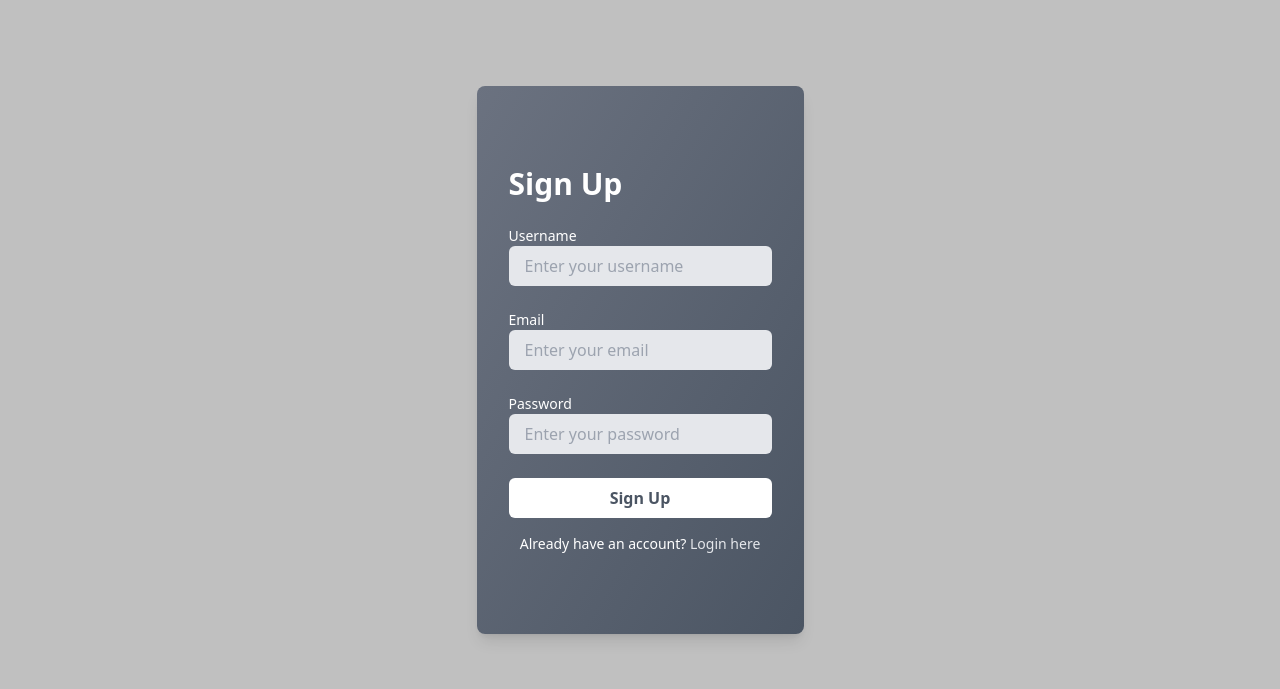
Repository: shaafsalman/product-Management-MERN
Page: /signup (app in frontend/)
These files come from the project's save history. The page is drawn as it stood at one moment and after the next save; the edit follows.
The browser window is 1280 px wide. The pictures show the whole page.
The project was rebuilt for these pictures with package versions that can differ from the ones it lists, and the page was loaded fresh each time. Also part of the build but not shown: frontend/vite.config.js, frontend/src/Cards/messageCard.jsx, frontend/src/Pages/Login.jsx, frontend/src/Pages/NoPage.jsx, frontend/src/Pages/AddProduct.jsx, frontend/src/Pages/UpdateProduct.jsx, frontend/src/Pages/Home.jsx, frontend/src/Pages/offlineAddProduct.jsx and 2 more.

Above is the page before, as saved 2024-05-15 21:44:41.

### frontend/src/App.jsx
import React from 'react';
import { BrowserRouter as Router, Routes, Route, Navigate } from 'react-router-dom';
import Login from "./Pages/Login"
import Signup from "./Pages/SighnUp"
import NoPage from './Pages/NoPage';
import Home from './Pages/Home';
import OfflineHome from './Pages/offlineHome';


const App = () => {
  return (
    <div className="App">
      <Router>
        <div>
          <Routes>
            <Route path="/" element={<Login/>} />
            <Route path="/login" element={<Login />} />
            <Route path="/login" element={<Login />} />
            <Route path="/signup" element={<Signup />} />
            <Route path="/register" element={<Signup />} />
            <Route path="/home" element={<Home />} />
            <Route path="/offline-home" element={<OfflineHome/>} />
            <Route path="/*" element={<NoPage />} />
          </Routes>
        </div>
      </Router>
    </div>
  );
};


export default App;

### frontend/src/index.css
@tailwind base;
@tailwind components;
@tailwind utilities;


*
{
  margin: 0;
  padding: 0;
  box-sizing: border-box;
}

body,html
{
  background-color:silver
}

### frontend/src/Pages/SighnUp.jsx
import React, { useState } from 'react';
import { Link, useNavigate } from 'react-router-dom';
import axios from 'axios';
import MessageCard from './../Cards/messageCard';

const Signup = () => {
  const [username, setUsername] = useState('');
  const [email, setEmail] = useState('');
  const [password, setPassword] = useState('');
  const [error, setError] = useState('');
  const [successMessage, setSuccessMessage] = useState('');
  const [showMessage, setShowMessage] = useState(false);
  const navigate = useNavigate();

  const closeMessage = () => {
    setShowMessage(false);
  };

  const handleRegister = async (e) => {
    e.preventDefault();
    try {
      const response = await axios.post('http://localhost:8080/api/offlineUser/register', {
        username,
        email,
        password,
      });

      if (response.status === 200) {
        setSuccessMessage('Register successful');
        setShowMessage(true);
        navigate('/login');
      } else {
        setError('Register failed. Please check your credentials and try again.');
        setShowMessage(true);
      }
    } catch (error) {
      setError('An unexpected error occurred. Please try again later.');
      setShowMessage(true);
    }
  };

  return (
    <div className="register">
      <div className="flex justify-center items-center h-screen">
        <div className="max-w-lg rounded-lg overflow-hidden shadow-lg bg-gradient-to-br from-gray-500 to-gray-600">
          <div className="lg:px-8 lg:py-20 px-6 py-12">
            <h2 className="text-3xl font-semibold text-white mb-6">Sign Up</h2>
            <form className="space-y-6 " onSubmit={handleRegister}>
              <div>
                <label className="block text-sm text-white">Username</label>
                <input
                  type="text"
                  className="w-full px-4 py-2 rounded-md bg-gray-200 text-gray-800 focus:outline-none focus:bg-white focus:text-gray-900"
                  placeholder="Enter your username"
                  onChange={(e) => setUsername(e.target.value)}
                />
              </div>
              <div>
                <label className="block text-sm text-white">Email</label>
                <input
                  type="email"
                  className="w-full px-4 py-2 rounded-md bg-gray-200 text-gray-800 focus:outline-none focus:bg-white focus:text-gray-900"
                  placeholder="Enter your email"
                  onChange={(e) => setEmail(e.target.value)}
                />
              </div>
              <div>
                <label className="block text-sm text-white">Password</label>
                <input
                  type="password"
                  className="w-full px-4 py-2 rounded-md bg-gray-200 text-gray-800 focus:outline-none focus:bg-white focus:text-gray-900"
                  placeholder="Enter your password"
                  onChange={(e) => setPassword(e.target.value)}
                />
              </div>
              <div>
                <button
                  type="submit"
                  className="w-full bg-white text-gray-600 py-2 rounded-md font-semibold hover:bg-gray-600 hover:text-white transition duration-300"
                >
                  Sign Up
                </button>
              </div>
            </form>
            <div className="text-center mt-4">
              <p className="text-sm text-white">
                Already have an account?{' '}
                <Link to="/login" className="text-gray-200 hover:text-white">
                  Login here
                </Link>
              </p>
            </div>
          </div>
        </div>
      </div>
      {showMessage && (
        <MessageCard
          Heading={error ? 'Error' : 'Success'}
          Message={error ? error : successMessage}
          onClose={closeMessage}
        />
      )}
    </div>
  );
};

export default Signup;

Loaded but not shown: frontend/index.html (common file); frontend/src/main.jsx (common file); frontend/tailwind.config.js (common file)

After the next save:
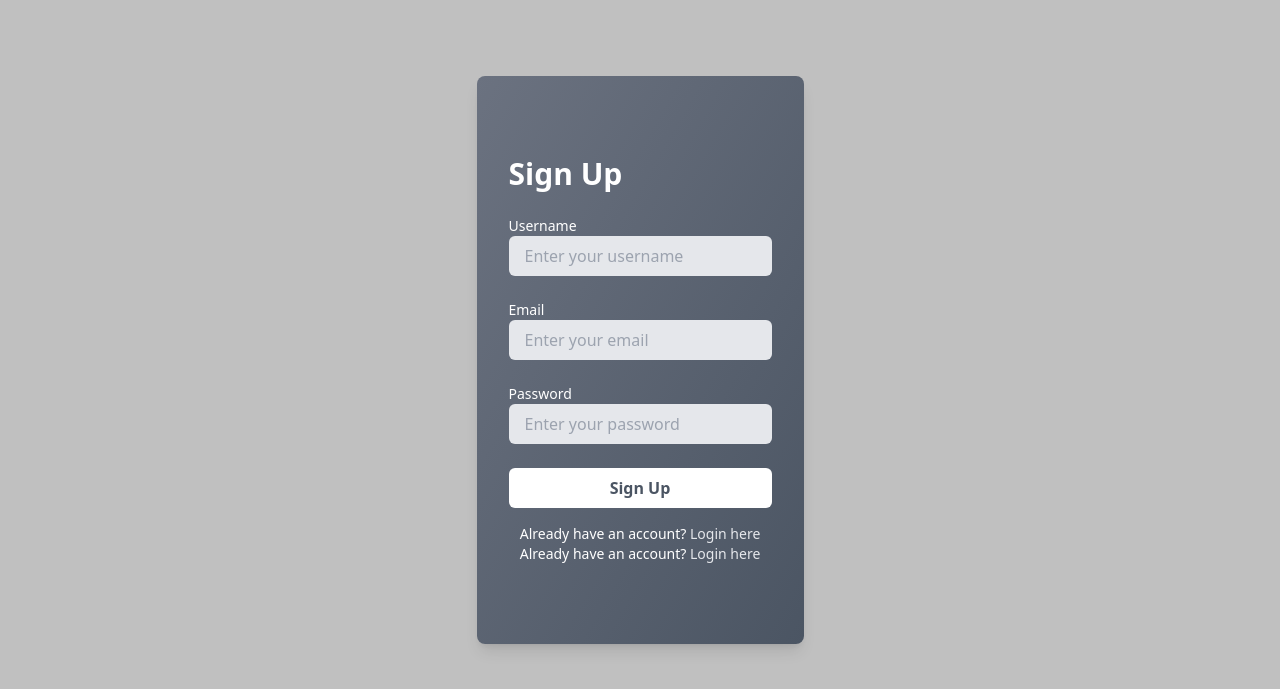
Saved 7 s later.
--- a/frontend/src/Pages/SighnUp.jsx
+++ b/frontend/src/Pages/SighnUp.jsx
@@ -89,6 +89,12 @@ const Signup = () => {
                   Login here
                 </Link>
               </p>
+              <p className="text-sm text-white">
+                Already have an account?{' '}
+                <Link to="/login" className="text-gray-200 hover:text-white">
+                  Login here
+                </Link>
+              </p>
             </div>
           </div>
         </div>
